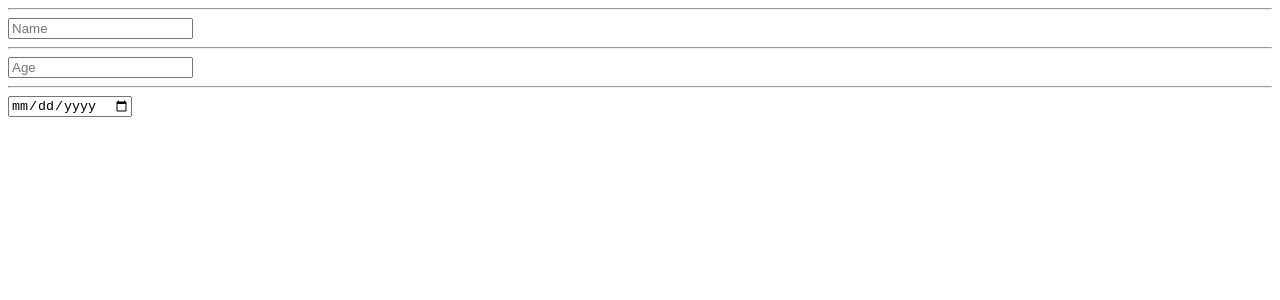
Repository: prathmeshgodbole/Web_Development
Page: Online_Lectuer_Practice/Form_Practice.html
These files come from the project's save history. The page is drawn as it stood at one moment and after the next save; the edit follows.
The browser window is 1280 px wide. The pictures show the whole page.

Above is the page before, as saved 2020-07-03 11:00:49.

### Online_Lectuer_Practice/Form_Practice.html
<!DOCTYPE html>
<html lang="en">

<head>
    <meta charset='utf-8'>
    <meta name='viewport' content='width=device-width, initial-scale=1'>
    <title>Form_Practice</title>
</head>


<body>
    <hr>

    <input type="text" placeholder="Name">
    <hr>
    <input type="number" placeholder="Age">
    <hr>
    <input type="date" placeholder="D.O.B">
</body>

</html>

After the next save:
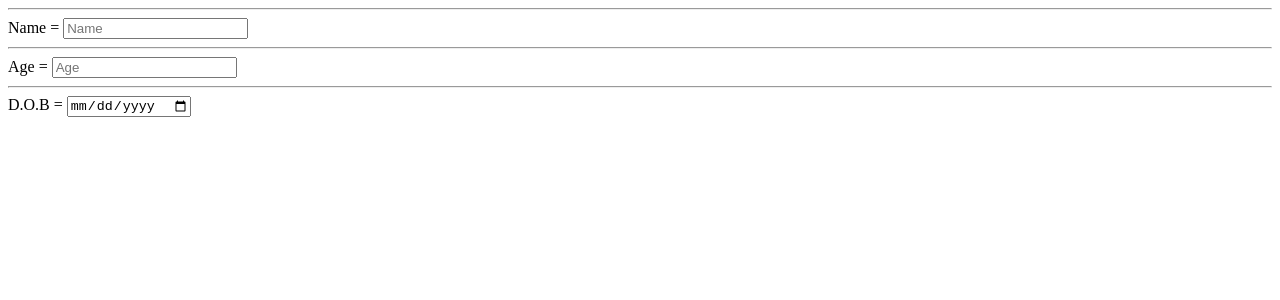
Saved 52 s later.
--- a/Online_Lectuer_Practice/Form_Practice.html
+++ b/Online_Lectuer_Practice/Form_Practice.html
@@ -9,13 +9,9 @@
 
 
 <body>
-    <hr>
-
-    <input type="text" placeholder="Name">
-    <hr>
-    <input type="number" placeholder="Age">
-    <hr>
-    <input type="date" placeholder="D.O.B">
+    <hr> Name = <input type="text" placeholder="Name">
+    <hr> Age = <input type="number" placeholder="Age">
+    <hr> D.O.B = <input type="date" placeholder="D.O.B">
 </body>
 
 </html>
